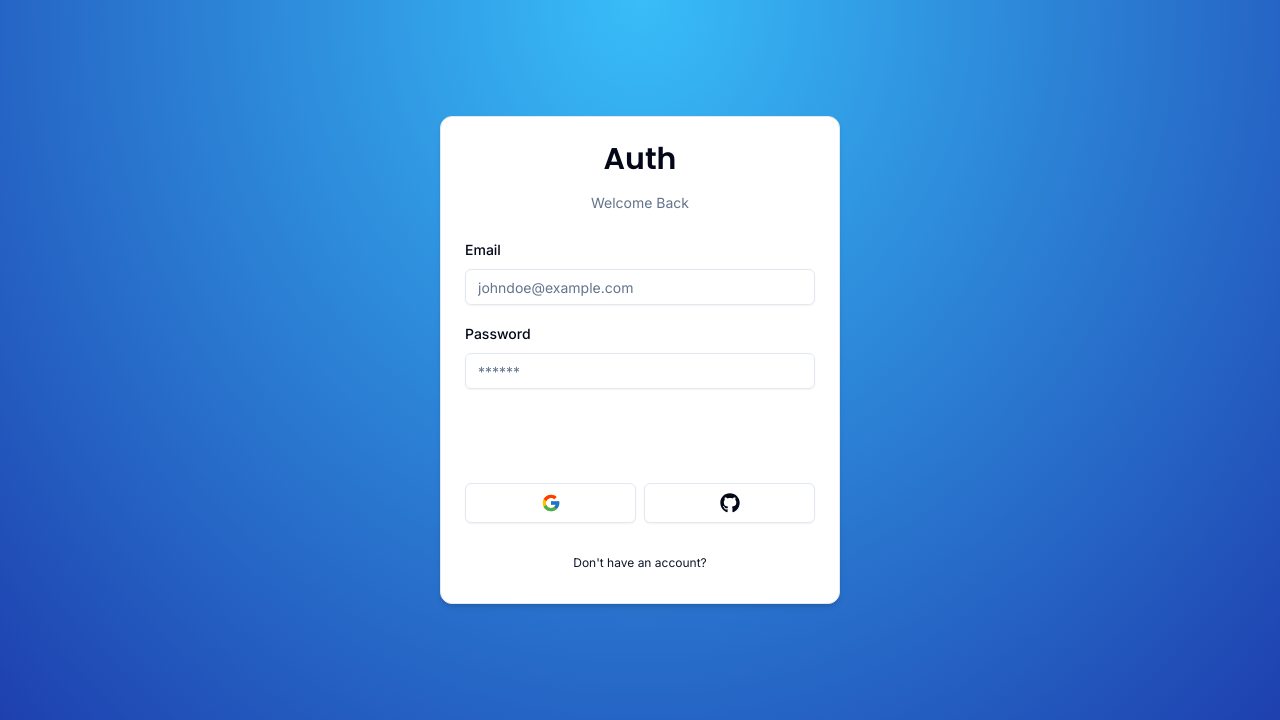
Repository: DevLaukey/next-auth-role-based
Page: /auth/login
The author's editor kept a copy of each file at every save. The page is drawn from the files as they stood at one save, then again after the next save.
The browser window is 1280 px wide. The pictures show the whole page.
The project was rebuilt for these pictures with package versions that can differ from the ones it lists, and the page was loaded fresh each time. The framework's server and built-in components were replaced by stand-ins that run in the browser. Also part of the build but not shown: next.config.js.

Above is the page before, as saved 2024-01-16 02:44:39.

After the next save:
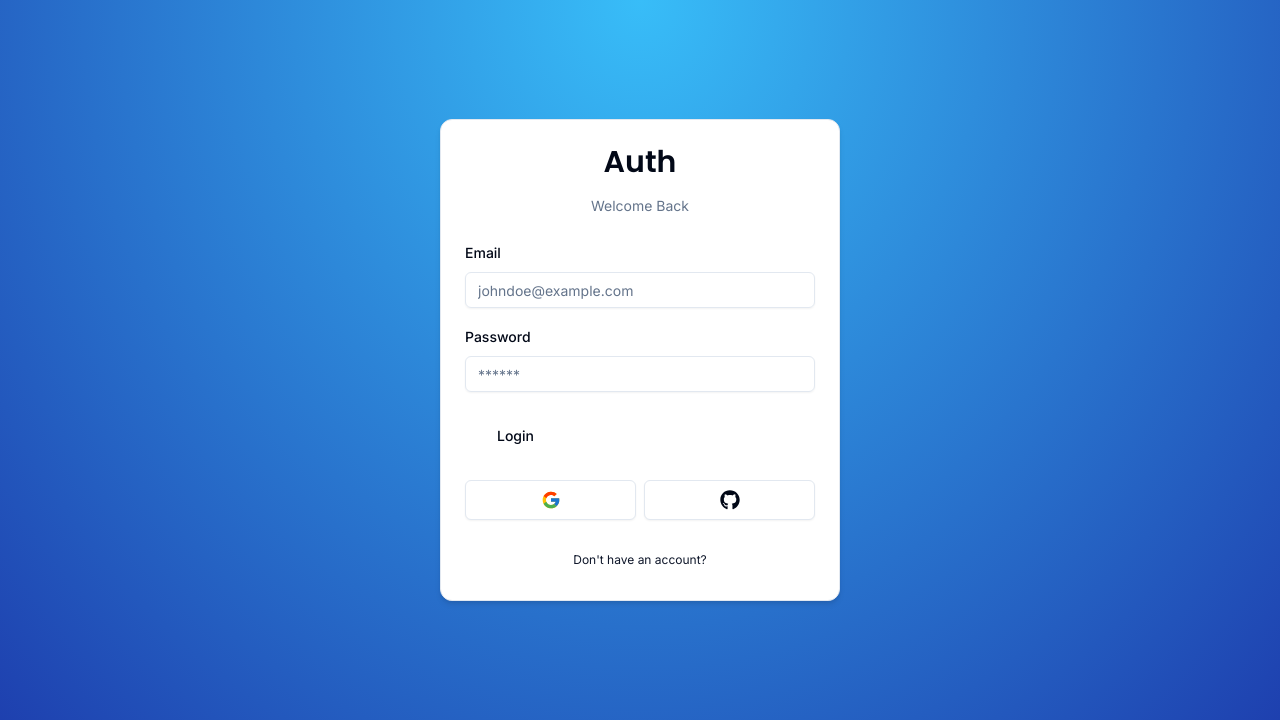
Saved 4 s later.
--- a/components/auth/login-form.tsx
+++ b/components/auth/login-form.tsx
@@ -65,7 +65,7 @@ export const LoginForm = () => {
               )}
             />
           </div>
-          <Button type="submit" variant="primary" size="lg" block></Button>
+          <Button type="submit" variant="primary" size="lg" block>Login</Button>
         </form>
       </Form>
     </CardWrapper>
